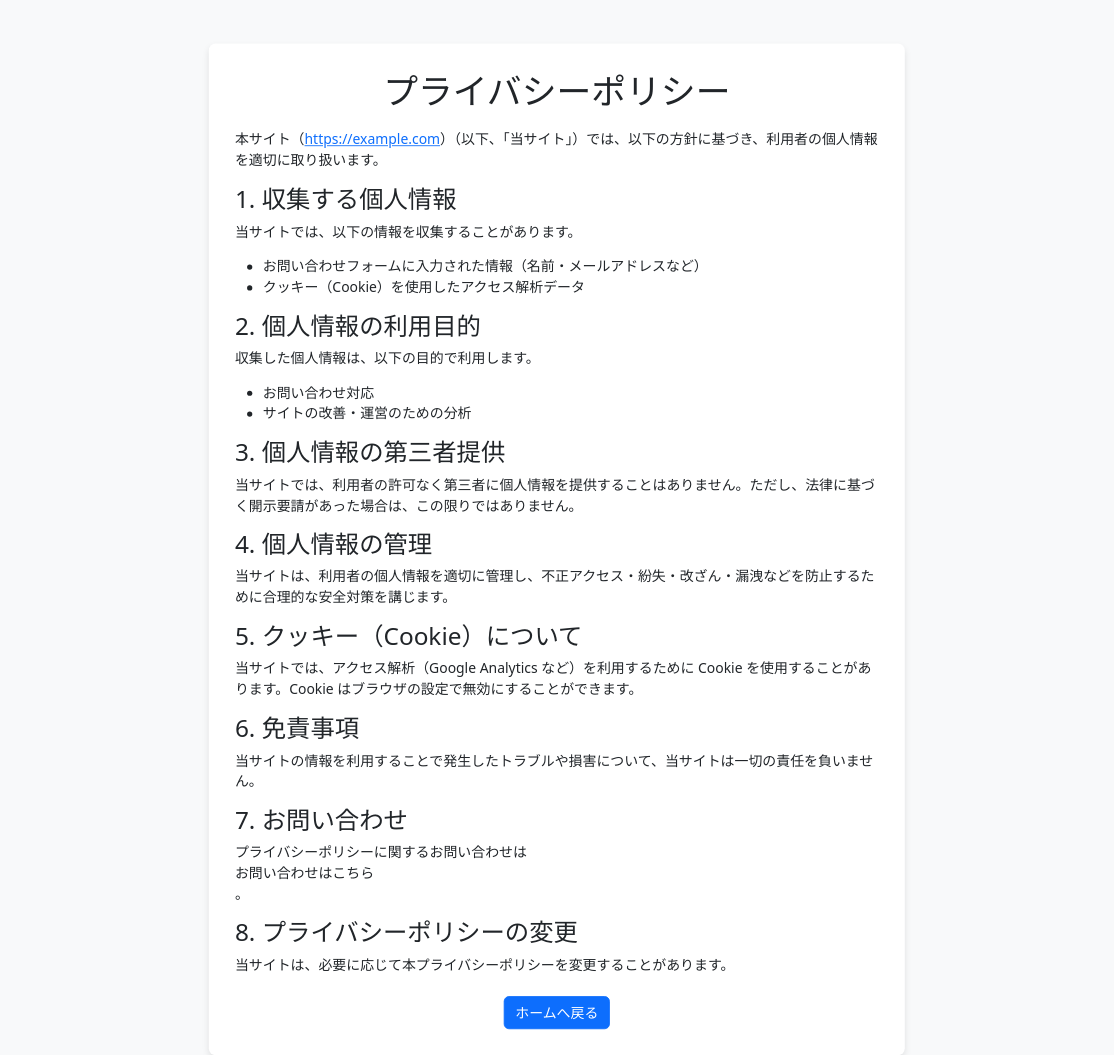
Repository: masa1228ew/original
Page: http://localhost/auth/privacy
These files come from the project's save history. The page is drawn as it stood at one moment and after the next save; the edit follows.
The browser window is 1280 px wide. The pictures show the whole page, at 87% of full size.
The page is this project's Thymeleaf template; nobody is signed in. The template is opened directly, without the code that normally fills it, so the values that code supplies are empty.

Above is the page before, as saved 2025-02-16 13:46:53.

### original/original/src/main/resources/templates/auth/privacy.html
<!DOCTYPE html>
<html lang="ja">
<head>
    <meta charset="UTF-8">
    <meta name="viewport" content="width=device-width, initial-scale=1">
    <title>プライバシーポリシー</title>
    <link href="https://cdn.jsdelivr.net/npm/bootstrap@5.2.3/dist/css/bootstrap.min.css" rel="stylesheet">
    <style>
        body {
            background-color: #f8f9fa;
        }
        .container {
            max-width: 800px;
            background: white;
            padding: 30px;
            margin-top: 50px;
            border-radius: 8px;
            box-shadow: 0 4px 8px rgba(0, 0, 0, 0.1);
        }
        h1 {
            text-align: center;
            margin-bottom: 20px;
        }
    </style>
</head>
<body>
    <div class="container">
        <h1>プライバシーポリシー</h1>

        <p>本サイト（<a href="https://example.com">https://example.com</a>）（以下、「当サイト」）では、以下の方針に基づき、利用者の個人情報を適切に取り扱います。</p>

        <h3>1. 収集する個人情報</h3>
        <p>当サイトでは、以下の情報を収集することがあります。</p>
        <ul>
            <li>お問い合わせフォームに入力された情報（名前・メールアドレスなど）</li>
            <li>クッキー（Cookie）を使用したアクセス解析データ</li>
        </ul>

        <h3>2. 個人情報の利用目的</h3>
        <p>収集した個人情報は、以下の目的で利用します。</p>
        <ul>
            <li>お問い合わせ対応</li>
            <li>サイトの改善・運営のための分析</li>
        </ul>

        <h3>3. 個人情報の第三者提供</h3>
        <p>当サイトでは、利用者の許可なく第三者に個人情報を提供することはありません。ただし、法律に基づく開示要請があった場合は、この限りではありません。</p>

        <h3>4. 個人情報の管理</h3>
        <p>当サイトは、利用者の個人情報を適切に管理し、不正アクセス・紛失・改ざん・漏洩などを防止するために合理的な安全対策を講じます。</p>

        <h3>5. クッキー（Cookie）について</h3>
        <p>当サイトでは、アクセス解析（Google Analytics など）を利用するために Cookie を使用することがあります。Cookie はブラウザの設定で無効にすることができます。</p>

        <h3>6. 免責事項</h3>
        <p>当サイトの情報を利用することで発生したトラブルや損害について、当サイトは一切の責任を負いません。</p>

        <h3>7. お問い合わせ</h3>
        <p>プライバシーポリシーに関するお問い合わせは<a class="nav-link" th:href="@{/inquiry}">
					お問い合わせはこちら
				</a>。</p>


        <h3>8. プライバシーポリシーの変更</h3>
        <p>当サイトは、必要に応じて本プライバシーポリシーを変更することがあります。</p>

        <div class="text-center mt-4">
            <a href="/" class="btn btn-primary">ホームへ戻る</a>
        </div>
    </div>

    <script src="https://cdn.jsdelivr.net/npm/bootstrap@5.2.3/dist/js/bootstrap.bundle.min.js"></script>
</body>
</html>

After the next save:
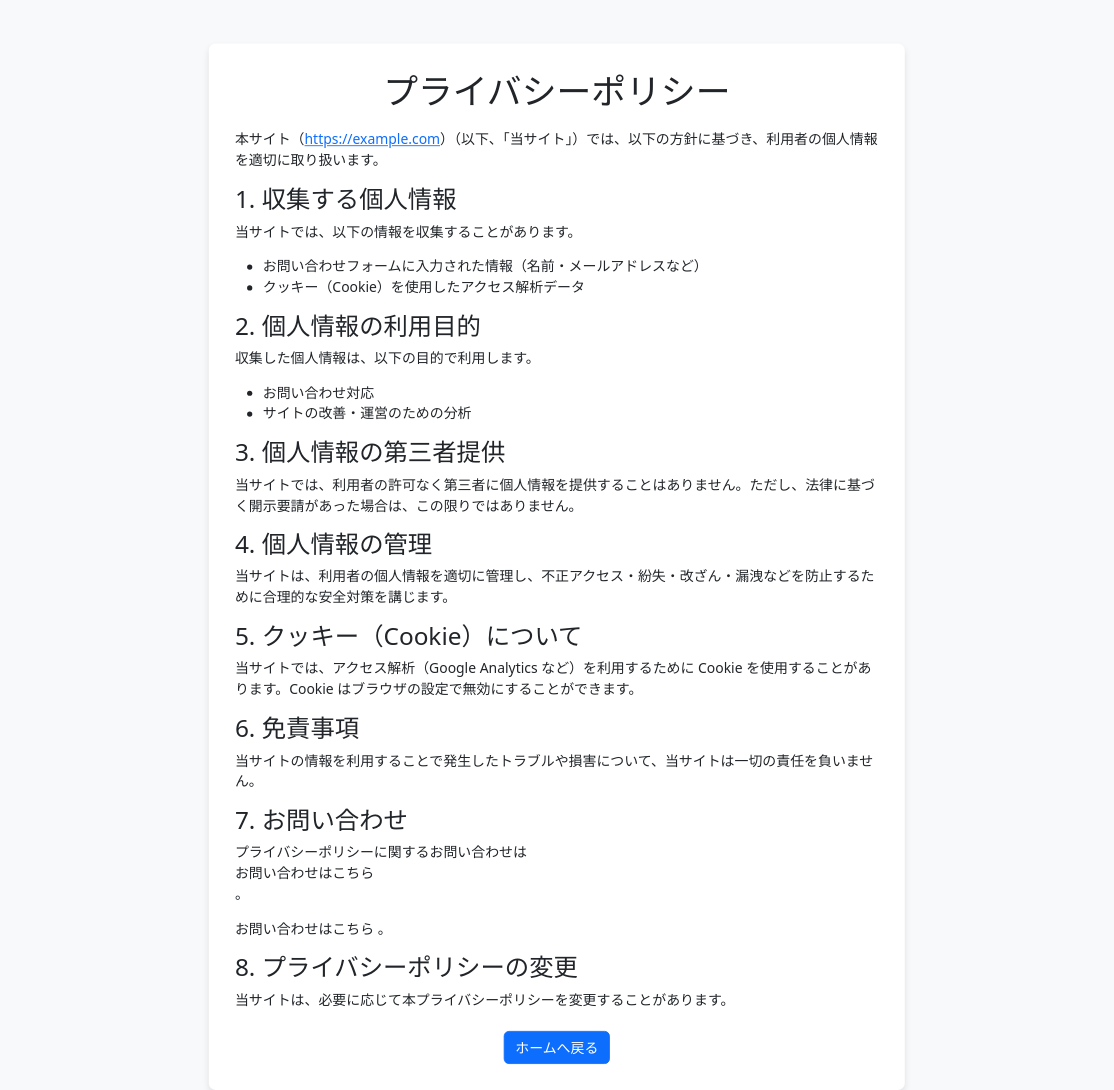
Saved 43 s later.
--- a/original/original/src/main/resources/templates/auth/privacy.html
+++ b/original/original/src/main/resources/templates/auth/privacy.html
@@ -56,7 +56,7 @@
         <p>当サイトの情報を利用することで発生したトラブルや損害について、当サイトは一切の責任を負いません。</p>
 
         <h3>7. お問い合わせ</h3>
-        <p>プライバシーポリシーに関するお問い合わせは<a class="nav-link" th:href="@{/inquiry}">
+        <p>プライバシーポリシーに関するお問い合わせは<a class="nav-link" th:href="@{/inquiry}">お問い合わせはこちら</a>。</p>
 					お問い合わせはこちら
 				</a>。</p>
 
